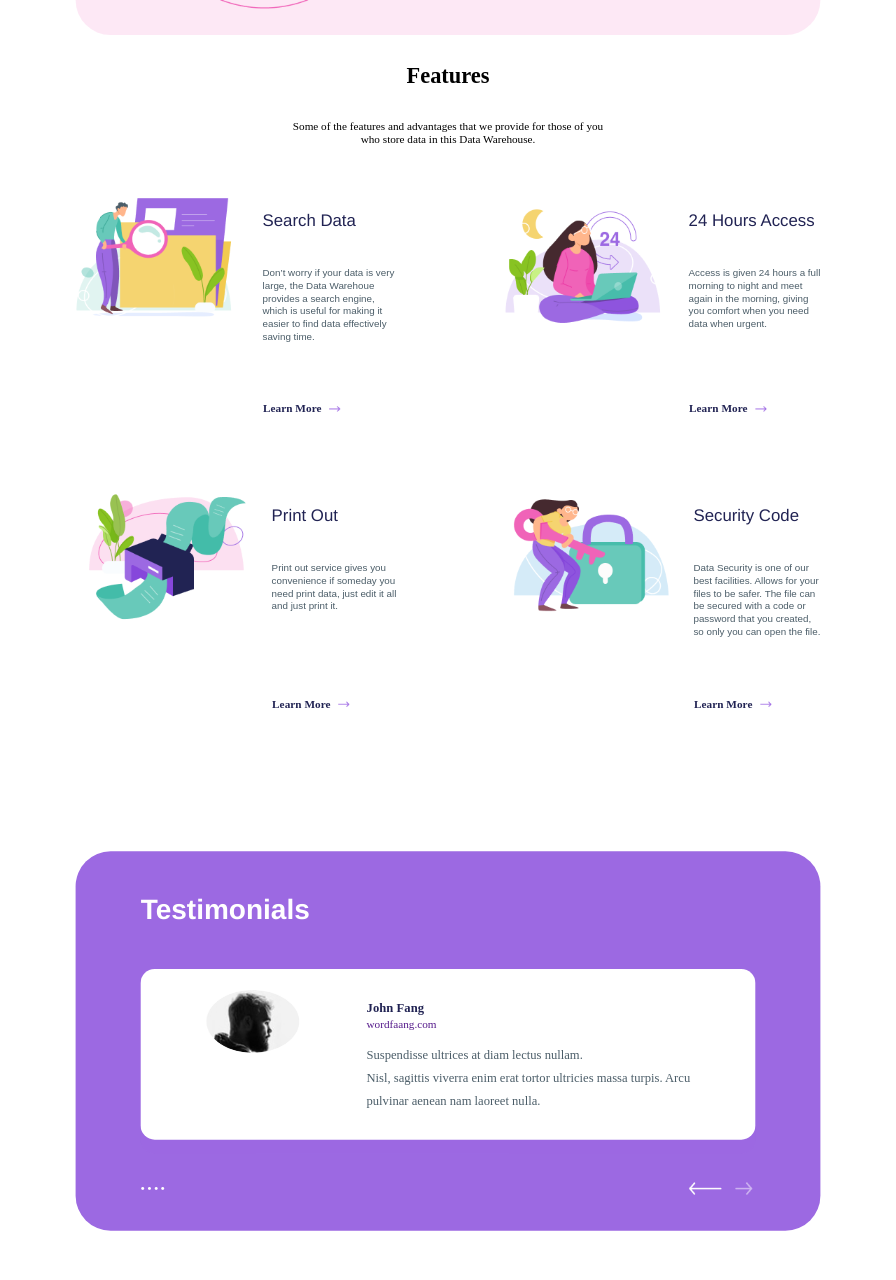
Repository: batonAnton/HW6_flexbox
Page: index.html
The author's editor kept a copy of each file at every save. The page is drawn from the files as they stood at one save, then again after the next save.
The browser window is 1280 px wide. The pictures show the part of the page from y = 1283 to 3203 px (the page is 3111 px tall before and 3203 px after), at 70% of full size.
Some web fonts or font styles are not loaded; a fallback is used.

Above is the page before, as saved 2022-06-19 15:38:16.

After the next save:
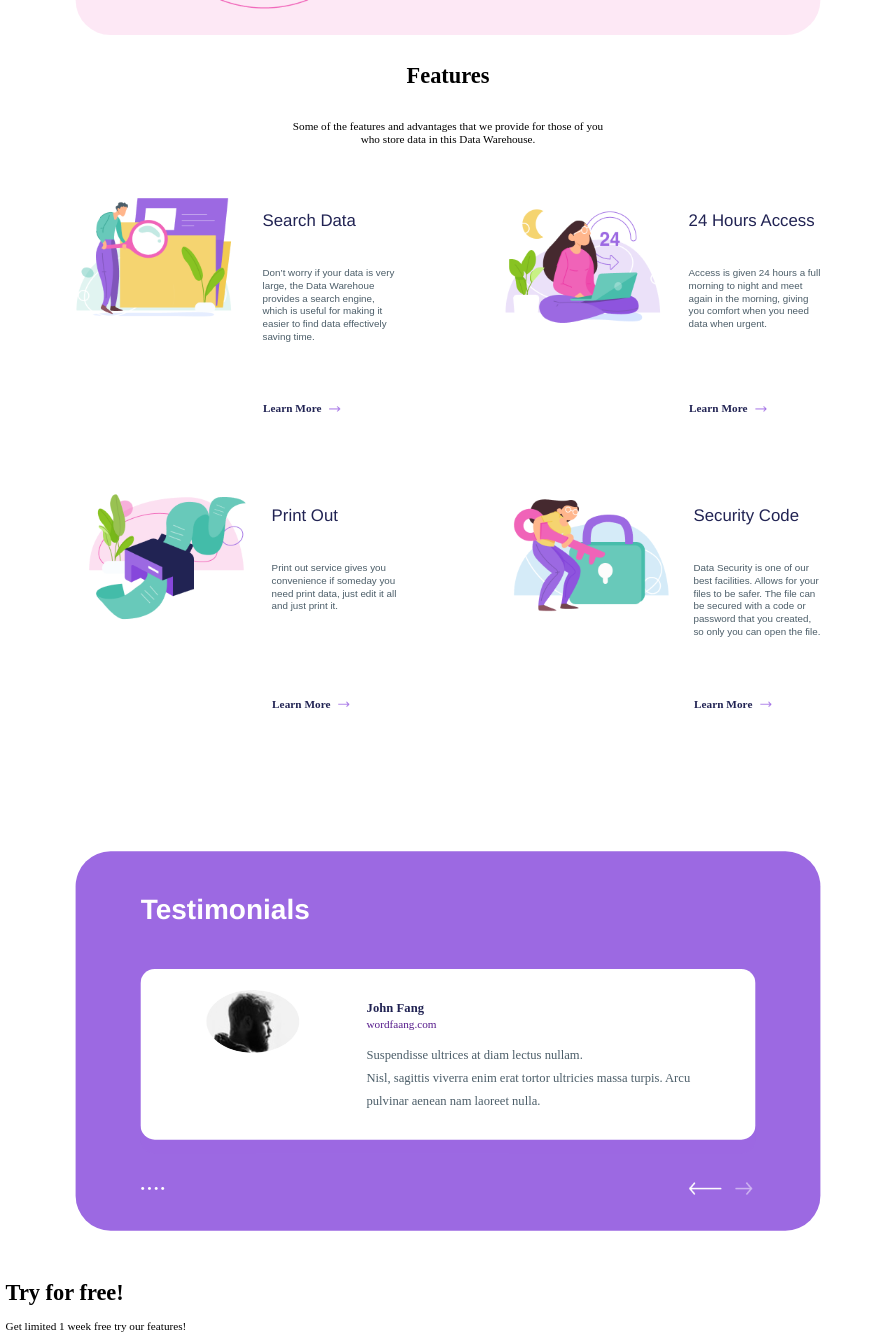
Saved 20 s later.
--- a/index.html
+++ b/index.html
@@ -186,6 +186,21 @@
         </div>
         <h4>&#x2022 &#x2022 &#x2022 &#x2022</h4>
         <p class="right"> <img src="./images/section3/arrows.png" alt="arrows"> </p>
-
+    </div>
+
+
+    <div class="forfree">
+        <div class="free-info">
+            <h1>Try for free!</h1>
+            <p>Get limited 1 week free try our features!</p>
+        </div>
+
+        <div class="btn-block">
+
+        </div>
+    </div>
+    <footer>
+
+    </footer>
 </body>
 </html>
